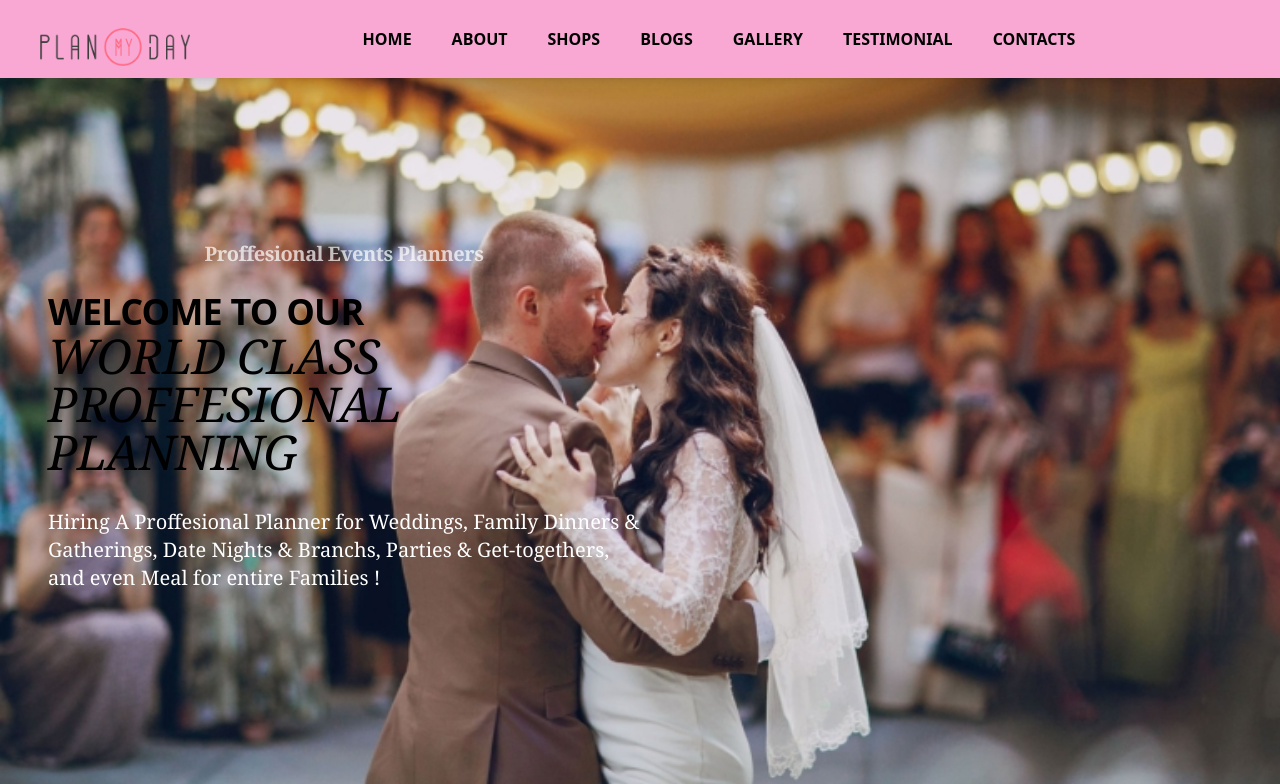
Repository: remydev47/eventsplanner
Page: /
These files come from the project's save history. The page is drawn as it stood at one moment and after the next save; the edit follows.
The browser window is 1280 px wide. The pictures show the whole page.
The project was rebuilt for these pictures with package versions that can differ from the ones it lists, and the page was loaded fresh each time. The framework's server and built-in components were replaced by stand-ins that run in the browser. Also part of the build but not shown: next.config.js, components/Navigation.jsx, sections/Gallery.jsx, sections/Testimonial.jsx, sections/Products.jsx, sections/Projects.jsx.

Above is the page before, as saved 2023-01-23 09:21:33.

After the next save:
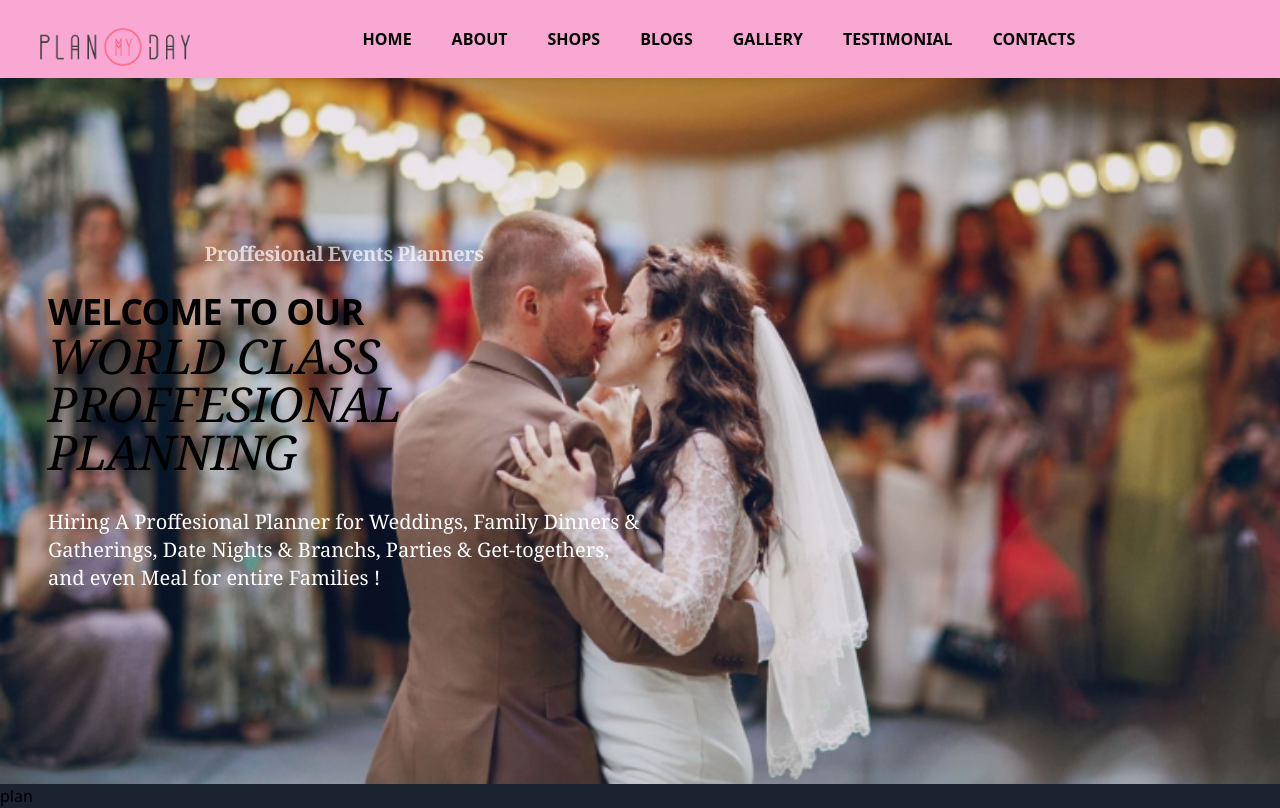
Saved 3 min 3 s later.
--- a/app/page.jsx
+++ b/app/page.jsx
@@ -1,12 +1,13 @@
 import Navbar from '@/components/Navbar'
 import Navigation from '@/components/Navigation'
-import { Hero } from '@/sections'
+import { Hero, Plan } from '@/sections'
 
 export default function Home() {
   return (
    <div className='bg-primary-black'>
     <Navbar />
     <Hero />
+    <Plan />
    </div>
   )
 }
